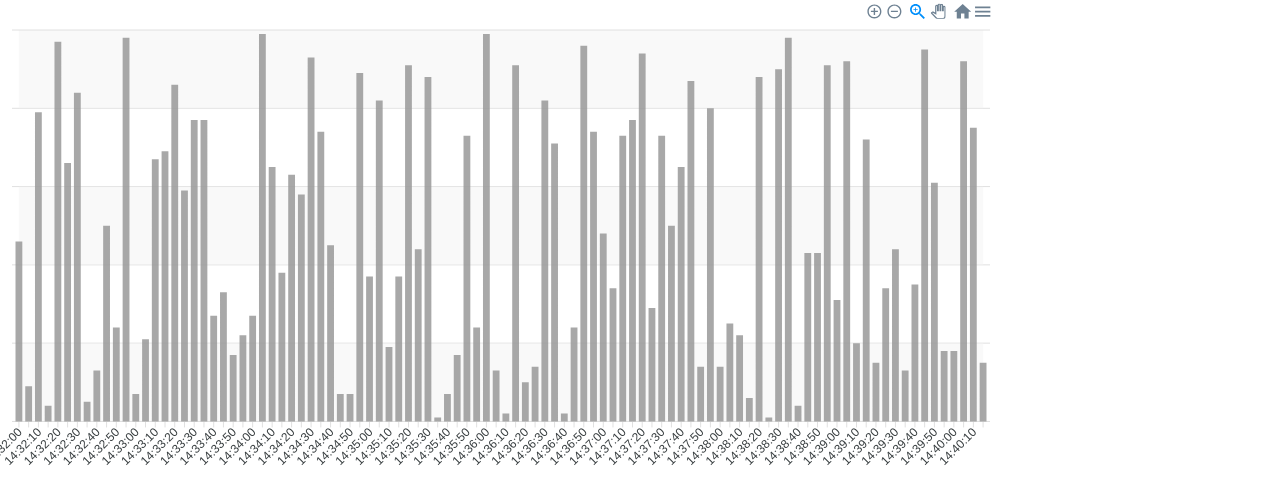
Repository: wanted-pre-onboarding-internship-1team/pre-onboarding-9th-3-1
Page: /
An editor plug-in stored every save of this project. The page is shown before and after the next save, followed by the edit.
The browser window is 1280 px wide. The pictures show the whole page.
The project was rebuilt for these pictures with package versions that can differ from the ones it lists, and the page was loaded fresh each time.

Above is the page before, as saved 2023-03-14 23:55:03.

### public/index.html
<!DOCTYPE html>
<html lang="en">
  <head>
    <meta charset="utf-8" />
    <link rel="icon" href="%PUBLIC_URL%/favicon.ico" />
    <meta name="viewport" content="width=device-width, initial-scale=1" />
    <meta name="theme-color" content="#000000" />

    <title>React App</title>
  </head>

  <body>
    <div id="root"></div>
  </body>
</html>

### src/index.tsx
import App from './App';
import './index.css';
import React from 'react';
import ReactDOM from 'react-dom/client';
import { BrowserRouter } from 'react-router-dom';

const root = ReactDOM.createRoot(
  document.getElementById('root') as HTMLElement
);
root.render(
  <BrowserRouter>
    <App />
  </BrowserRouter>
);

### src/App.tsx
import Router from './router/router';
import { createGlobalStyle } from 'styled-components';
import reset from 'styled-reset';

const GlobalStyle = createGlobalStyle`
  ${reset}
`;

function App() {
  return (
    <>
      <GlobalStyle />
      <Router />
    </>
  );
}

export default App;

### src/router/router.tsx
import Mainpage from '../pages/Mainpage';
import React from 'react';
import { Route, Routes } from 'react-router-dom';

export default function router() {
  return (
    <Routes>
      <Route path='/' element={<Mainpage />} />
    </Routes>
  );
}

### src/pages/Mainpage.tsx
import { api } from '../apis';
import { GetMockResponse } from '../apis/types/mock';
import useMockList from '../hooks/useMockList';
import axios from 'axios';
import React, { useEffect, useState } from 'react';
import ApexCharts from 'react-apexcharts';

export default function Mainpage() {
  const test = useMockList();
  console.log(test);
  return (
    <div>
      <ApexCharts
        height='500'
        width='1000'
        series={[
          {
            name: 'TEAM A',
            type: 'column',
            data: test.areaValueList,
          },
        ]}
        options={{
          grid: {
            row: {
              colors: ['#f3f3f3', 'transparent'],
              opacity: 0.5,
            },
          },
          stroke: {
            width: [0, 2, 5],
            curve: 'smooth',
          },

          yaxis: {
            show: false,
          },
          xaxis: {
            categories: test.timeList,
          },
          colors: ['red', 'blue'],
        }}
      />
    </div>
  );
}

### src/hooks/useMockList.ts
import { api } from '../apis';
import { GetMockResponse } from '../apis/types/mock';
import { useEffect, useState } from 'react';

export default function useMockList() {
  const [originData, setOriginData] = useState<GetMockResponse['response']>();

  const dateList = originData ? Object.keys(originData) : [];

  const timeList = originData
    ? Object.keys(originData).map(time => time.split(' ')[1])
    : [];

  const idList = originData
    ? Object.entries(originData).map(entry => entry[1].id)
    : [];

  const varValueList = originData
    ? Object.entries(originData).map(entry => entry[1].value_var)
    : [];

  const areaValueList = originData
    ? Object.entries(originData).map(entry => entry[1].value_area)
    : [];

  useEffect(() => {
    api.mock.getMockDatas().then(res => {
      const { data } = res;
      setOriginData(data.response);
    });
  }, []);

  return { timeList, dateList, idList, varValueList, areaValueList };
}

### src/apis/index.ts
import { instance } from './instance';
import MockService from './mockService';

const mockService = new MockService(instance);

export const api = { mock: mockService };

### src/apis/instance.ts
import axios, { AxiosInstance, AxiosRequestConfig, AxiosResponse } from 'axios';

interface CustomInstance extends AxiosInstance {
  get<T = unknown, R = AxiosResponse<T>, D = unknown>(
    url: string,
    config?: AxiosRequestConfig<D>
  ): Promise<R>;
}

const instance: CustomInstance = axios.create({
  baseURL: '/',
});

export { instance };

### src/apis/mockService.ts
import { instance } from './instance';
import { GetMockResponse } from './types/mock';

export default class MockService {
  constructor(private api: typeof instance) {}
  getMockDatas = async () => this.api.get<GetMockResponse>('data/mock.json');
}

### public/data/mock.json
{
  "type": "Flexsys Mock API",
  "version": 1.0,
  "response": {
    "2023-02-01 14:32:00": {
      "id": "성북구",
      "value_area": 46,
      "value_bar": 13111
    },
    "2023-02-01 14:32:05": {
      "id": "강남구",
      "value_area": 9,
      "value_bar": 19143
    },
    "2023-02-01 14:32:10": {
      "id": "노원구",
      "value_area": 79,
      "value_bar": 14798
    },
    "2023-02-01 14:32:15": {
      "id": "중랑구",
      "value_area": 4,
      "value_bar": 14456
    },
    "2023-02-01 14:32:20": {
      "id": "노원구",
      "value_area": 97,
      "value_bar": 19116
    },
    "2023-02-01 14:32:25": {
      "id": "성북구",
      "value_area": 66,
      "value_bar": 18098
    },
    "2023-02-01 14:32:30": {
      "id": "중랑구",
      "value_area": 84,
      "value_bar": 16243
    },
    "2023-02-01 14:32:35": {
      "id": "강남구",
      "value_area": 5,
      "value_bar": 13100
    },
    "2023-02-01 14:32:40": {
      "id": "성북구",
      "value_area": 13,
      "value_bar": 19429
    },
    "2023-02-01 14:32:45": {
      "id": "노원구",
      "value_area": 50,
      "value_bar": 14923
    },
    "2023-02-01 14:32:50": {
      "id": "강남구",
      "value_area": 24,
      "value_bar": 10127
    },
    "2023-02-01 14:32:55": {
      "id": "강남구",
      "value_area": 98,
      "value_bar": 12583
    },
    "2023-02-01 14:33:00": {
      "id": "중랑구",
      "value_area": 7,
      "value_bar": 12310
    },
    "2023-02-01 14:33:05": {
      "id": "중랑구",
      "value_area": 21,
      "value_bar": 15764
    },
    "2023-02-01 14:33:10": {
      "id": "강남구",
      "value_area": 67,
      "value_bar": 11060
    },
    "2023-02-01 14:33:15": {
      "id": "강남구",
      "value_area": 69,
      "value_bar": 14857
    },
    "2023-02-01 14:33:20": {
      "id": "노원구",
      "value_area": 86,
      "value_bar": 13995
    },
    "2023-02-01 14:33:25": {
      "id": "중랑구",
      "value_area": 59,
      "value_bar": 14773
    },
    "2023-02-01 14:33:30": {
      "id": "노원구",
      "value_area": 77,
      "value_bar": 18347
    },
    "2023-02-01 14:33:35": {
      "id": "성북구",
      "value_area": 77,
      "value_bar": 15970
    },
    "2023-02-01 14:33:40": {
      "id": "성북구",
      "value_area": 27,
      "value_bar": 18577
    },
    "2023-02-01 14:33:45": {
      "id": "성북구",
      "value_area": 33,
      "value_bar": 11704
    },
    "2023-02-01 14:33:50": {
      "id": "성북구",
      "value_area": 17,
      "value_bar": 17241
    },
    "2023-02-01 14:33:55": {
      "id": "노원구",
      "value_area": 22,
      "value_bar": 14450
    },
    "2023-02-01 14:34:00": {
      "id": "중랑구",
      "value_area": 27,
      "value_bar": 14970
    },
    "2023-02-01 14:34:05": {
      "id": "중랑구",
      "value_area": 99,
      "value_bar": 17906
    },
    "2023-02-01 14:34:10": {
      "id": "강남구",
      "value_area": 65,
      "value_bar": 11233
    },
    "2023-02-01 14:34:15": {
      "id": "노원구",
      "value_area": 38,
      "value_bar": 17306
    },
    "2023-02-01 14:34:20": {
      "id": "성북구",
      "value_area": 63,
      "value_bar": 14577
    },
    "2023-02-01 14:34:25": {
      "id": "중랑구",
      "value_area": 58,
      "value_bar": 13199
    },
    "2023-02-01 14:34:30": {
      "id": "중랑구",
      "value_area": 93,
      "value_bar": 12707
    },
    "2023-02-01 14:34:35": {
      "id": "강남구",
      "value_area": 74,
      "value_bar": 15064
    },
    "2023-02-01 14:34:40": {
      "id": "강남구",
      "value_area": 45,
      "value_bar": 16300
    },
    "2023-02-01 14:34:45": {
      "id": "성북구",
      "value_area": 7,
      "value_bar": 14605
    },
    "2023-02-01 14:34:50": {
      "id": "노원구",
      "value_area": 7,
      "value_bar": 15210
    },
    "2023-02-01 14:34:55": {
      "id": "성북구",
      "value_area": 89,
      "value_bar": 13578
    },
    "2023-02-01 14:35:00": {
      "id": "중랑구",
      "value_area": 37,
      "value_bar": 11298
    },
    "2023-02-01 14:35:05": {
      "id": "노원구",
      "value_area": 82,
      "value_bar": 15686
    },
    "2023-02-01 14:35:10": {
      "id": "중랑구",
      "value_area": 19,
      "value_bar": 11485
    },
    "2023-02-01 14:35:15": {
      "id": "성북구",
      "value_area": 37,
      "value_bar": 16848
    },
    "2023-02-01 14:35:20": {
      "id": "성북구",
      "value_area": 91,
      "value_bar": 18670
    },
    "2023-02-01 14:35:25": {
      "id": "강남구",
      "value_area": 44,
      "value_bar": 17165
    },
    "2023-02-01 14:35:30": {
      "id": "성북구",
      "value_area": 88,
      "value_bar": 15053
    },
    "2023-02-01 14:35:35": {
      "id": "성북구",
      "value_area": 1,
      "value_bar": 14998
    },
    "2023-02-01 14:35:40": {
      "id": "강남구",
      "value_area": 7,
      "value_bar": 17739
    },
    "2023-02-01 14:35:45": {
      "id": "중랑구",
      "value_area": 17,
      "value_bar": 19212
    },
    "2023-02-01 14:35:50": {
      "id": "노원구",
      "value_area": 73,
      "value_bar": 16757
    },
    "2023-02-01 14:35:55": {
      "id": "노원구",
      "value_area": 24,
      "value_bar": 12864
    },
    "2023-02-01 14:36:00": {
      "id": "노원구",
      "value_area": 99,
      "value_bar": 10178
    },
    "2023-02-01 14:36:05": {
      "id": "성북구",
      "value_area": 13,
      "value_bar": 19425
    },
    "2023-02-01 14:36:10": {
      "id": "강남구",
      "value_area": 2,
      "value_bar": 12455
    },
    "2023-02-01 14:36:15": {
      "id": "노원구",
      "value_area": 91,
      "value_bar": 16945
    },
    "2023-02-01 14:36:20": {
      "id": "성북구",
      "value_area": 10,
      "value_bar": 13734
    },
    "2023-02-01 14:36:25": {
      "id": "성북구",
      "value_area": 14,
      "value_bar": 13894
    },
    "2023-02-01 14:36:30": {
      "id": "중랑구",
      "value_area": 82,
      "value_bar": 19367
    },
    "2023-02-01 14:36:35": {
      "id": "중랑구",
      "value_area": 71,
      "value_bar": 15492
    },
    "2023-02-01 14:36:40": {
      "id": "강남구",
      "value_area": 2,
      "value_bar": 19082
    },
    "2023-02-01 14:36:45": {
      "id": "노원구",
      "value_area": 24,
      "value_bar": 13117
    },
    "2023-02-01 14:36:50": {
      "id": "노원구",
      "value_area": 96,
      "value_bar": 15744
    },
    "2023-02-01 14:36:55": {
      "id": "성북구",
      "value_area": 74,
      "value_bar": 15609
    },
    "2023-02-01 14:37:00": {
      "id": "노원구",
      "value_area": 48,
      "value_bar": 14747
    },
    "2023-02-01 14:37:05": {
      "id": "중랑구",
      "value_area": 34,
      "value_bar": 15331
    },
    "2023-02-01 14:37:10": {
      "id": "노원구",
      "value_area": 73,
      "value_bar": 12292
    },
    "2023-02-01 14:37:15": {
      "id": "강남구",
      "value_area": 77,
      "value_bar": 11454
    },
    "2023-02-01 14:37:20": {
      "id": "강남구",
      "value_area": 94,
      "value_bar": 12972
    },
    "2023-02-01 14:37:25": {
      "id": "성북구",
      "value_area": 29,
      "value_bar": 19279
    },
    "2023-02-01 14:37:30": {
      "id": "노원구",
      "value_area": 73,
      "value_bar": 18371
    },
    "2023-02-01 14:37:35": {
      "id": "노원구",
      "value_area": 50,
      "value_bar": 13317
    },
    "2023-02-01 14:37:40": {
      "id": "강남구",
      "value_area": 65,
      "value_bar": 18504
    },
    "2023-02-01 14:37:45": {
      "id": "성북구",
      "value_area": 87,
      "value_bar": 16196
    },
    "2023-02-01 14:37:50": {
      "id": "강남구",
      "value_area": 14,
      "value_bar": 19701
    },
    "2023-02-01 14:37:55": {
      "id": "중랑구",
      "value_area": 80,
      "value_bar": 14836
    },
    "2023-02-01 14:38:00": {
      "id": "노원구",
      "value_area": 14,
      "value_bar": 13074
    },
    "2023-02-01 14:38:05": {
      "id": "성북구",
      "value_area": 25,
      "value_bar": 18335
    },
    "2023-02-01 14:38:10": {
      "id": "중랑구",
      "value_area": 22,
      "value_bar": 15022
    },
    "2023-02-01 14:38:15": {
      "id": "노원구",
      "value_area": 6,
      "value_bar": 12043
    },
    "2023-02-01 14:38:20": {
      "id": "중랑구",
      "value_area": 88,
      "value_bar": 11144
    },
    "2023-02-01 14:38:25": {
      "id": "강남구",
      "value_area": 1,
      "value_bar": 17518
    },
    "2023-02-01 14:38:30": {
      "id": "노원구",
      "value_area": 90,
      "value_bar": 18643
    },
    "2023-02-01 14:38:35": {
      "id": "성북구",
      "value_area": 98,
      "value_bar": 18318
    },
    "2023-02-01 14:38:40": {
      "id": "중랑구",
      "value_area": 4,
      "value_bar": 10746
    },
    "2023-02-01 14:38:45": {
      "id": "강남구",
      "value_area": 43,
      "value_bar": 18806
    },
    "2023-02-01 14:38:50": {
      "id": "중랑구",
      "value_area": 43,
      "value_bar": 16209
    },
    "2023-02-01 14:38:55": {
      "id": "강남구",
      "value_area": 91,
      "value_bar": 14273
    },
    "2023-02-01 14:39:00": {
      "id": "성북구",
      "value_area": 31,
      "value_bar": 19193
    },
    "2023-02-01 14:39:05": {
      "id": "성북구",
      "value_area": 92,
      "value_bar": 19661
    },
    "2023-02-01 14:39:10": {
      "id": "노원구",
      "value_area": 20,
      "value_bar": 19574
    },
    "2023-02-01 14:39:15": {
      "id": "중랑구",
      "value_area": 72,
      "value_bar": 18963
    },
    "2023-02-01 14:39:20": {
      "id": "강남구",
      "value_area": 15,
      "value_bar": 13083
    },
    "2023-02-01 14:39:25": {
      "id": "성북구",
      "value_area": 34,
      "value_bar": 12868
    },
    "2023-02-01 14:39:30": {
      "id": "강남구",
      "value_area": 44,
      "value_bar": 10836
    },
    "2023-02-01 14:39:35": {
      "id": "중랑구",
      "value_area": 13,
      "value_bar": 14255
    },
    "2023-02-01 14:39:40": {
      "id": "노원구",
      "value_area": 35,
      "value_bar": 15437
    },
    "2023-02-01 14:39:45": {
      "id": "중랑구",
      "value_area": 95,
      "value_bar": 18426
    },
    "2023-02-01 14:39:50": {
      "id": "강남구",
      "value_area": 61,
      "value_bar": 11387
    },
    "2023-02-01 14:39:55": {
      "id": "성북구",
      "value_area": 18,
      "value_bar": 14312
    },
    "2023-02-01 14:40:00": {
      "id": "성북구",
      "value_area": 18,
      "value_bar": 18700
    },
    "2023-02-01 14:40:05": {
      "id": "중랑구",
      "value_area": 92,
      "value_bar": 18053
    },
    "2023-02-01 14:40:10": {
      "id": "강남구",
      "value_area": 75,
      "value_bar": 13460
    },
    "2023-02-01 14:40:15": {
      "id": "성북구",
      "value_area": 15,
      "value_bar": 14829
    }
  }
}

Loaded but not shown: src/index.css (common file)

After the next save:
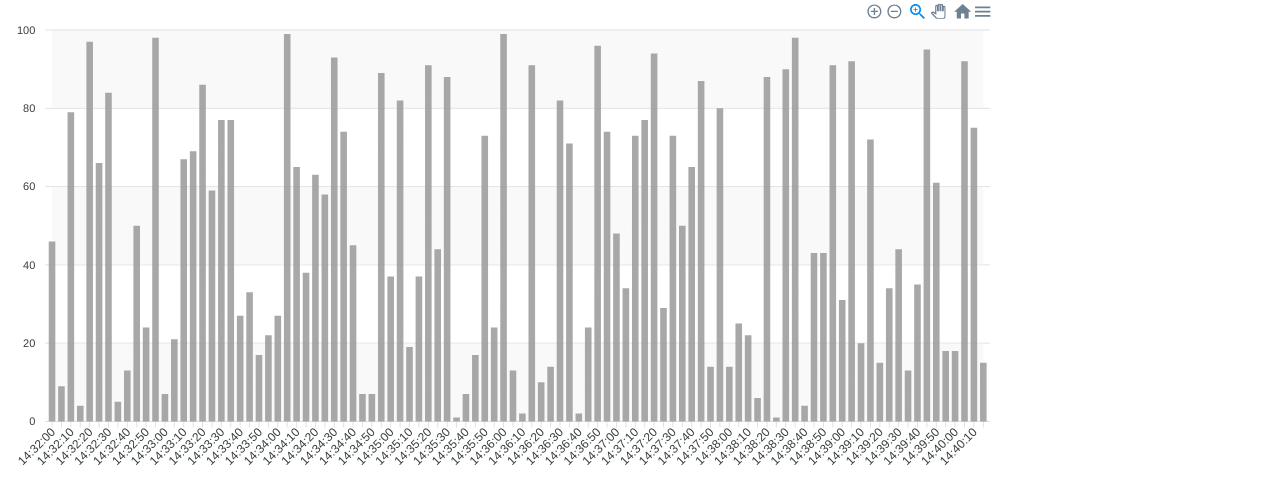
Saved 12 s later.
--- a/src/pages/Mainpage.tsx
+++ b/src/pages/Mainpage.tsx
@@ -32,9 +32,6 @@ export default function Mainpage() {
             curve: 'smooth',
           },
 
-          yaxis: {
-            show: false,
-          },
           xaxis: {
             categories: test.timeList,
           },
